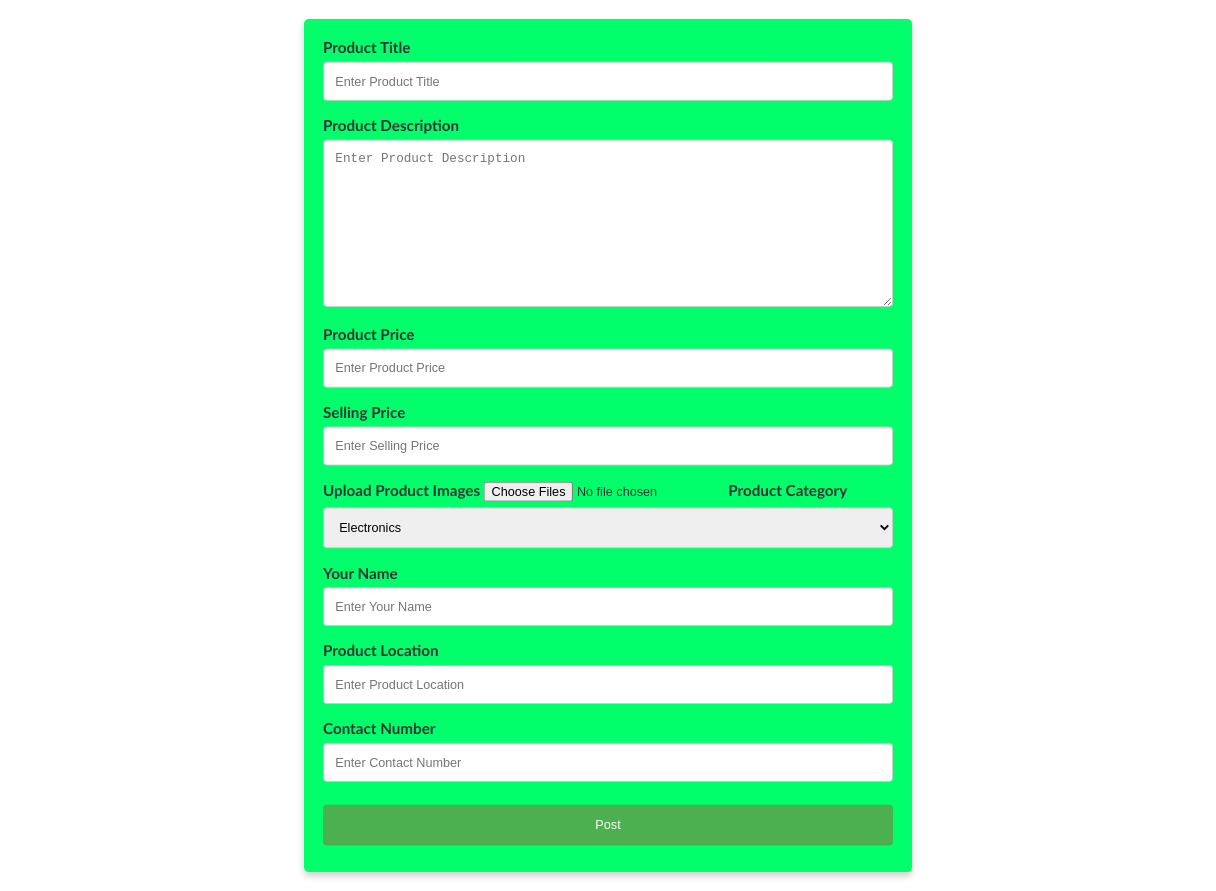
Repository: John-Prabu-A/web-dev-summer-school
Page: Session_1_Assignment/sell.html
The author's editor kept a copy of each file at every save. The page is drawn from the files as they stood at one save, then again after the next save.
The browser window is 1280 px wide. The pictures show the whole page, at 95% of full size.

Above is the page before, as saved 2024-06-20 14:54:11.

### Session_1_Assignment/sell.html
<!DOCTYPE html>
<html lang="en">
<head>
    <meta charset="UTF-8">
    <meta name="viewport" content="width=device-width, initial-scale=1.0">
    <title>InstiOLX</title>
    <link rel="stylesheet" href="Styles.css">
    <link rel="stylesheet" href="https://cdnjs.cloudflare.com/ajax/libs/font-awesome/4.7.0/css/font-awesome.min.css">

    <style>
        .container {
            padding: 16px;
            background-color: white;
            margin: 0 auto;
            width: 50%;
            border-radius: 10px;
            box-shadow: 0 4px 8px 0 rgba(0, 0, 0, 0.2);
        }

        input[type=text], select, textarea {
            width: 100%;
            padding: 12px;
            border: 1px solid #ccc;
            border-radius: 4px;
            box-sizing: border-box;
            margin-top: 6px;
            margin-bottom: 16px;
            resize: vertical;
        }

        button {
            background-color: #4CAF50;
            color: white;
            padding: 14px 20px;
            margin: 8px 0;
            border: none;
            border-radius: 4px;
            cursor: pointer;
            width: 100%;
        }

        button:hover {
            background-color: #45a049;
        }

        .container {
            border-radius: 5px;
            background-color: #00ff6a;
            padding: 20px;
            margin: 20px auto;
        }

        .container label {
            font-weight: bold;
        }

        .container select {
            width: 100%;
            padding: 12px;
            border: 1px solid #ccc;
            border-radius: 4px;
            box-sizing: border-box;
            margin-top: 6px;
            margin-bottom: 16px;
            resize: vertical;
        }

    </style>
</head>
<body>
    <form action="" method="post">
        <div class="container">
            <label for="product-title"><b>Product Title</b></label>
            <input type="text" placeholder="Enter Product Title" name="product-title" required>

            <Lable for="product-description"><b>Product Description</b></Lable>
            <textarea name="product-description" id="product-description" cols="30" rows="10" placeholder="Enter Product Description" required></textarea>

            <label for="product-price"><b>Product Price</b></label>
            <input type="text" placeholder="Enter Product Price" name="product-price" required>

            <label for="selling-price"><b>Selling Price</b></label>
            <input type="text" placeholder="Enter Selling Price" name="selling-price" required>

            <!-- multiple photo upload -->
            <label for="product-image"><b>Upload Product Images</b></label>
            <input type="file" name="product-image" id="product-image" multiple required>

            <label for="product-category"><b>Product Category</b></label>
            <select name="product-category" id="product-category" required>
                <option value="electronics">Electronics</option>
                <option value="furniture">Furniture</option>
                <option value="vehicles">Vehicles</option>
                <option value="clothing">Clothing</option>
                <option value="books">Books</option>
                <option value="miscellaneous">Miscellaneous</option>
                <option value="other">Other</option>
            </select>

            <label for="seller-name"><b>Your Name</b></label>
            <input type="text" placeholder="Enter Your Name" name="seller-name" required>

            <label for="product-location"><b>Product Location</b></label>
            <input type="text" placeholder="Enter Product Location" name="product-location" required>

            <label for="product-contact"><b>Contact Number</b></label>
            <input type="text" placeholder="Enter Contact Number" name="product-contact" required>

            <button type="submit">Post</button>
        </div>
    </form>
</body>
</html>

### Session_1_Assignment/Styles.css
* {
    box-sizing: border-box;
    margin: 0;
    padding: 0;
}

body {
    font-family: 'Gill Sans', 'Gill Sans MT', Calibri, 'Trebuchet MS', sans-serif;
    background-color: white;
    color: #333;
}

header{
    background-color: #4CAF50;
    color: white;
    padding: 20px;
    display: flex;
    justify-content: space-between;
    align-items: center;
    position: fixed;
    width: 100%;
    z-index: 100;
  }
  header #logo {
    font-size: 2em;
  }

  header .navbar a{
    color: white;
    font-weight: bold;
    font-size: 18px;
    padding: 12px 15px;
    text-decoration: none;
  }
  header .navbar a:hover{
    background-color: #45a049;
  }
.banner {
    position: relative;
    padding: 60px 0 0 0;
}

.banner img {
    width: 100%;
}

.search-bar {
    margin: 20px;
    display: flex;
    justify-content: center;
}

.search-bar input[type="text"] {
    width: 300px;
    padding: 10px;
    border: 2px solid #4CAF50;
    border-radius: 5px 0 0 5px;
    border-right: 0;
    outline: none;             /*On starting to type it creates balck border by default,so to avoid it v use this*/
}

.search-bar button {
    padding: 10px 20px;
    border: 2px solid #4CAF50;
    border-left: 0;
    background-color: #4CAF50;
    color: white;
    cursor: pointer;
    border-radius: 0 5px 5px 0;
}

.search-bar button:hover {
    background-color: #45a049;
}

.slideshow-container {
    display: flex;
    justify-content: center;
    gap: 50px;
    flex-wrap: wrap;
}

.slideshow {
    position: relative;
    width: 350px;
    height: 350px;
    overflow: hidden;
    border-radius: 20px;
    border: 2px solid #ddd;
    box-shadow: 0 0 10px rgba(0, 0, 0, 0.1);
}

.slideshow-image {
    position: absolute;
    width: 100%;
    height: 100%;
    background-size: cover;
    opacity: 0;
    animation-iteration-count: infinite;
}

.image1 { background-image: url('https://encrypted-tbn0.gstatic.com/images?q=tbn:ANd9GcQVwGVsuaL7RGKo6A_Sqq83s5_6XYFMhHsjug&s');
          animation-name: fade1;
          animation-duration: 4s; }
.image2 { background-image: url('https://5.imimg.com/data5/WS/NI/FV/SELLER-11710265/mad-maxx-bicycles-avengers-single-kids-cycle-500x500.jpg');
          animation-name: fade2;
          animation-duration: 4s; }
.image3 { background-image: url('https://5.imimg.com/data5/SELLER/Default/2022/7/YX/MH/UK/153492086/pulsar-150cc-twin-disk-500x500.png');
          animation-name: fade3;
          animation-duration: 4s; }
.image4 { background-image: url('https://cpimg.tistatic.com/07673503/b/4/Toyota-Innova-Crysta.jpg');
          animation-name: fade1;
          animation-duration: 4s; }
.image5 { background-image: url('https://tiimg.tistatic.com/fp/1/007/862/most-advanced-modern-premium-lg-7-kg-front-fully-automatic-washing-machine-255.jpg');
          animation-name: fade2;
          animation-duration: 4s; }
.image6 { background-image: url('https://5.imimg.com/data5/SELLER/Default/2022/3/MI/KE/UL/19250422/whirlpool-1-0-ton-3-star-inverter-split-ac-500x500.jpg');
          animation-name: fade3;
          animation-duration: 4s; }
.image7 { background-image: url('https://5.imimg.com/data5/SELLER/Default/2021/8/HZ/XR/AC/8962391/household-vacuum-cleaner-500x500.jpg');
          animation-name: fade1;
          animation-duration: 4s; }
.image8 { background-image: url('https://static.nbastore.in/resized/500X500/50/nba-authentic-series-indoor-outdoor-basketball-size-7-brown-65146fd7e6af2.jpg');
          animation-name: fade2;
          animation-duration: 4s; }
.image9 { background-image: url('https://m.media-amazon.com/images/I/61KOc8c4xQL._SL1200_.jpg');
          animation-name: fade3;
          animation-duration: 4s; }

@keyframes fade1 {
    0%, 33.33% { opacity: 1; }
    33.34%, 100% { opacity: 0; }
}
@keyframes fade2 {
    0%, 33.33% { opacity: 0; }
    33.34%, 66.66% { opacity: 1; }
    66.67%, 100% { opacity: 0; }
}
@keyframes fade3 {
    0%, 66.66% { opacity: 0; }
    66.67%, 100% { opacity: 1; }
}

.container {
    position: relative;
    max-width: 100%;
  }

    .image {
        opacity: 1;
        display: block;
        width: 100%;
        height: auto;
    }

  .middle {
    opacity: 0;
    position: absolute;
    top: 50%;
    left: 50%;
    transform: translate(-50%, -50%);
    text-align: center;
  }
  .text {
    color: #4CAF50;
    font-size: 16px;
    padding: 16px 32px;
    font-weight: bold;
  }
  .container:hover .image {
    opacity: 0.3;
  }

  .container:hover .middle {
    opacity: 1;
  }


.product-listings {
    display: flex;
    flex-wrap: wrap;
    justify-content: center;
    margin: 20px;
    border: 5px solid #4CAF50;
    border-radius: 15px;
    padding: 25px;
}

.product {
    background-color: white;
    border: 2px solid #e0e0e0;
    border-radius: 10px;
    margin: 30px;
    padding: 15px;
    width: 220px;
    text-align: center;
    transition: transform 0.5s, box-shadow 0.3s;
}

.product:hover {
    box-shadow: 0 4px 8px rgba(0, 0, 0, 0.2);
    transform: scale(1.05);
}

.product img {
    max-width: 100%;
    border-bottom: 1px solid #e0e0e0;
    margin-bottom: 10px;
}

.product-info h2 {
    font-size: 1.2em;
    margin-bottom: 10px;
    color: #4CAF50;
}

.product-info p {
    font-size: 1em;
    color: #777;
}

.footer {
    background-color: #4CAF50;
    color: white;
    text-align: center;
    padding: 20px 0;
    margin-top: 40px;
}

.footer-container {
    display: flex;
    flex-wrap: wrap;
    justify-content: center;
}

.footer-column {
    width: 30%;
    margin: 10px;
}

.footer-column h3 {
    border-bottom: 2px solid #fff;
    padding-bottom: 10px;
    margin-bottom: 15px;
}

.footer-column ul {
    list-style-type: none;
}

.footer-column ul li {
    margin: 10px ;
}

.footer-column ul li a {
    color: white;
    text-decoration: none;
}

.footer-column p {
    margin-top: 10px;
}

.footer-column .social-icons {
    margin-top: 10px;
}

.footer-column .social-icons a {
    color: white;
    text-decoration: none;
    margin: 0 10px;
    font-size: 20px;
}

After the next save:
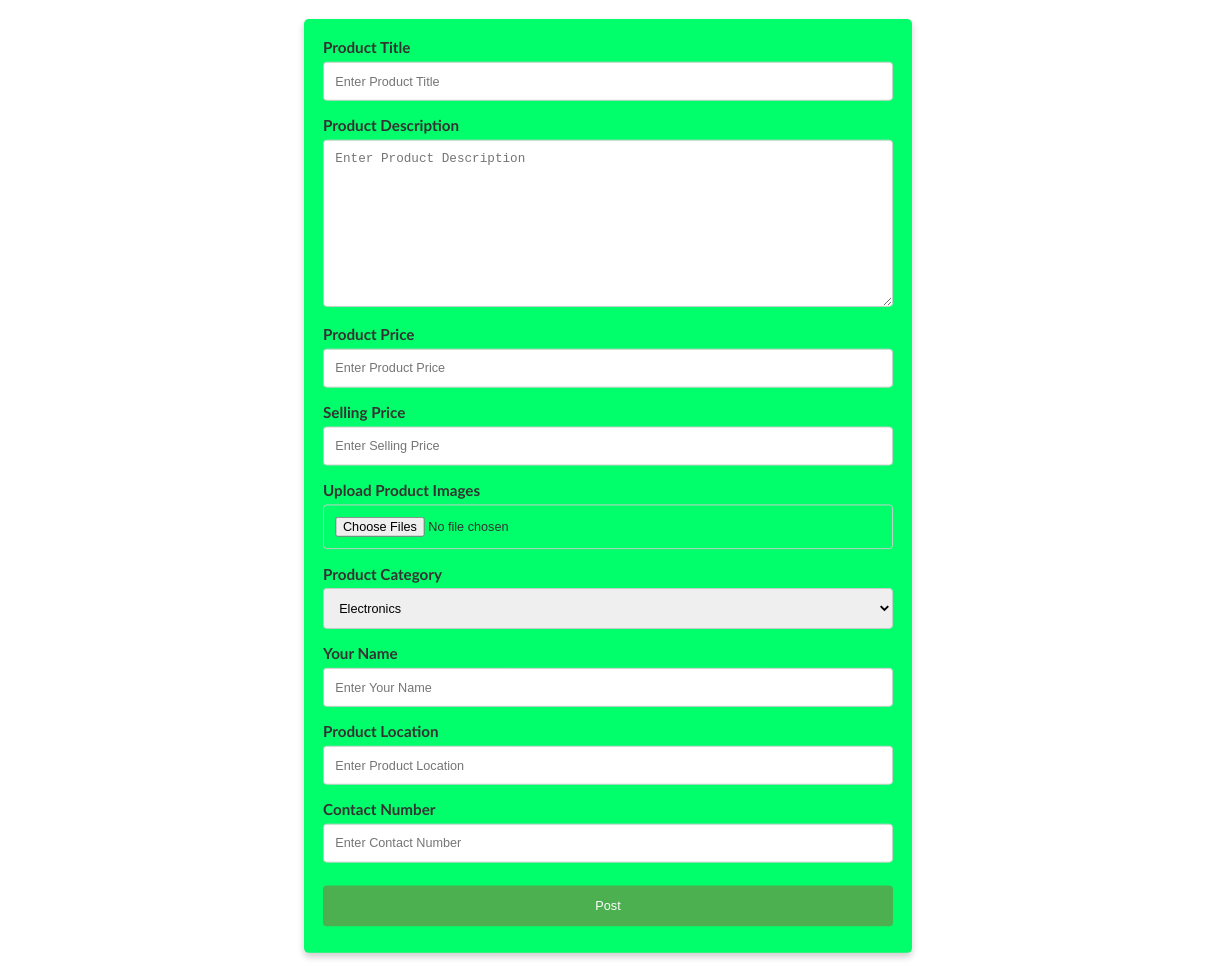
Saved 31 s later.
--- a/Session_1_Assignment/sell.html
+++ b/Session_1_Assignment/sell.html
@@ -65,6 +65,28 @@
             resize: vertical;
         }
 
+        .container textarea {
+            width: 100%;
+            padding: 12px;
+            border: 1px solid #ccc;
+            border-radius: 4px;
+            box-sizing: border-box;
+            margin-top: 6px;
+            margin-bottom: 16px;
+            resize: vertical;
+        }
+
+        .container input[type=file] {
+            width: 100%;
+            padding: 12px;
+            border: 1px solid #ccc;
+            border-radius: 4px;
+            box-sizing: border-box;
+            margin-top: 6px;
+            margin-bottom: 16px;
+            resize: vertical;
+        }
+
     </style>
 </head>
 <body>
